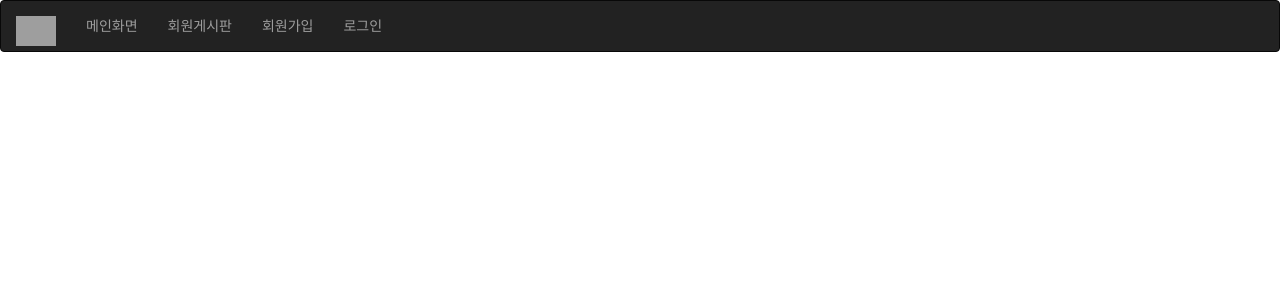
Repository: seonminpark100/CodeCampus
Page: http://localhost/BulletinBoard/Common/Link.jsp
These files come from the project's save history. The page is drawn as it stood at one moment and after the next save; the edit follows.
The browser window is 1280 px wide. The pictures show the whole page.
Pictures or frames that could not be fetched are drawn as grey boxes. The page is served by Tomcat 10. Other server files are loaded and not shown.

Above is the page before, as saved 2025-05-26 11:18:02.

### BulletinBoard/src/main/webapp/Common/Link.jsp
<%@ page language="java" contentType="text/html; charset=UTF-8"
    pageEncoding="UTF-8"%>
<%@ taglib prefix="c" uri="jakarta.tags.core" %>

<!DOCTYPE html>
<html>
	<head>
		<meta charset="UTF-8">
		<title>메인페이지</title>
		<!-- bootstrap  -->
		<!-- bootstrap CSS만 유지 -->
		<link rel="stylesheet" href="https://maxcdn.bootstrapcdn.com/bootstrap/3.4.1/css/bootstrap.min.css">

	    <style type="text/css">
	    	th{text-align: center;}
	    </style>
	</head>
	<body>
		<nav class="navbar navbar-inverse">
            <div class="navbar-header">
                <a class="navbar-brand" href="#">
                  <img src="../images/logo.png" alt="" style="height: 30px;">
                </a>
            </div>
            <div class="container">
                <div class="btn-group">
                    <ul class="nav navbar-nav">
                        <li><a href="../mvcboard/default.do">메인화면</a></li>
                        <li><a href="../mvcboard/list.do">회원게시판</a></li>
                        <c:if test="${empty sessionScope.id}">
						    <li><a href="../mvcboard/signup.do">회원가입</a></li>
						</c:if>
						<c:choose>
						    <c:when test="${empty sessionScope.id}">
						        <li><a href="../mvcboard/login.do">로그인</a></li>
						    </c:when>
						    <c:otherwise>
						        <form action="../mvcboard/logout.do" method="post" style="display:inline;">
						            <button type="submit" class="btn btn-link navbar-btn">로그아웃</button>
						        </form>
						    </c:otherwise>
						</c:choose>
                        <!-- <li><a href="../mvcboard/login.do">로그인</a></li> -->
                    </ul>
                </div>
            </div>
        </nav>
	</body>
</html>

After the next save:
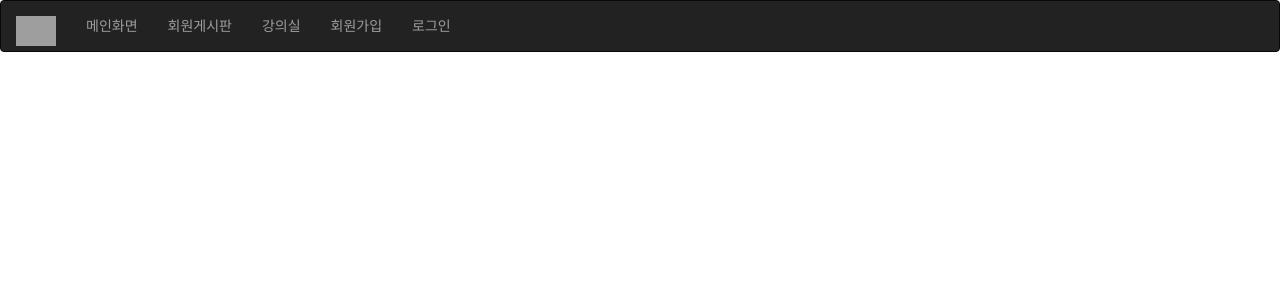
Saved 2 min 17 s later.
--- a/BulletinBoard/src/main/webapp/Common/Link.jsp
+++ b/BulletinBoard/src/main/webapp/Common/Link.jsp
@@ -27,6 +27,7 @@
                     <ul class="nav navbar-nav">
                         <li><a href="../mvcboard/default.do">메인화면</a></li>
                         <li><a href="../mvcboard/list.do">회원게시판</a></li>
+                        <li><a href="../mvcboard/lecture.do">강의실</a></li>
                         <c:if test="${empty sessionScope.id}">
 						    <li><a href="../mvcboard/signup.do">회원가입</a></li>
 						</c:if>
